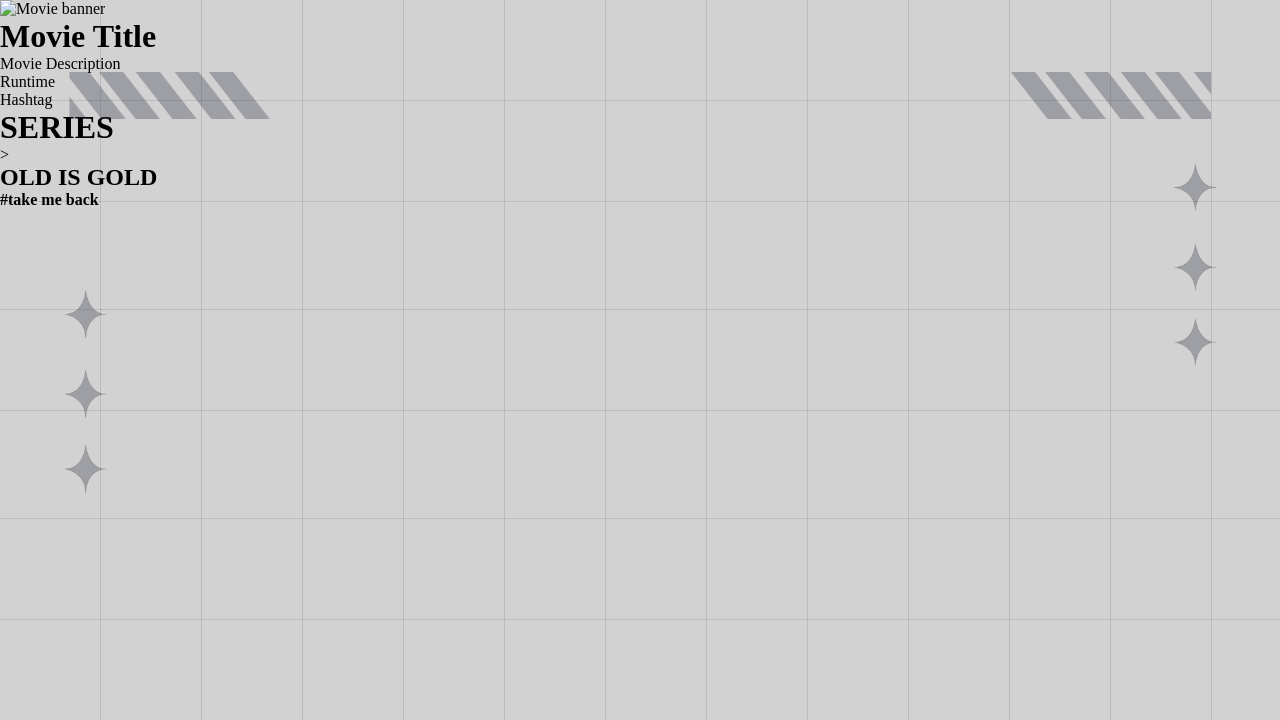
Repository: PEEZYBEE/phase-1-javascript-project-mode
Page: index.html
The author's editor kept a copy of each file at every save. The page is drawn from the files as they stood at one save, then again after the next save.
The browser window is 1280 px wide. The pictures show the whole page.
Some web fonts or font styles are not loaded; a fallback is used.

Above is the page before, as saved 2025-03-25 19:31:51.

### index.html
<!DOCTYPE html>
 <html lang="en">
 <head>
     <meta charset="UTF-8">
     <meta name="viewport" content="width=device-width, initial-scale=1.0">
     <title>Document</title>
     <style>

         *{
             margin: 0;
             padding: 0;
             box-sizing: border-box;
         }
         body{
             background-color: #D2D2D2;
             background-image:
             repeating-linear-gradient(
                 to right, transparent 0 100px,
                 #25283b22 100px 101px
             ),
             repeating-linear-gradient(
                 to bottom, transparent 0 100px,
                 #25283b22 100px 101px
             );
         }

         body::before{
             position: absolute;
             width: min(1400px, 90vw);
             top: 10%;
             left: 50%;
             height: 90%;
             transform: translateX(-50%);
             content: '';
             background-image: url(images/bg.png);
             background-size: 100%;
             background-repeat: no-repeat;
             background-position: top center;
             pointer-events: none;
         }
     </style>
     <link rel="stylesheet" href="style.css">
 </head>
 <body>

     <div class="container">
        <div id="movie details">
            <img id="banner" src="" alt="Movie banner">
            <h1 id="title">Movie Title</h1>
            <p id="description">Movie Description</p>
            <p id="runtime">Runtime</p>
            <p id="hashtad">Hashtag</p>

        </div>

        <ul></ul>
         <!--<div class="slider" style="--quantity: 10">
             <div class="item" style="--position: 1"><img src="images/dragon.png" alt=""></div>
             <div class="item" style="--position: 3"><img src="images/kingdom.png" alt=""></div>
             <div class="item" style="--position: 4"><img src="images/sails.png" alt=""></div>
             <div class="item" style="--position: 5"><img src="images/thrones.png" alt=""></div>
             <div class="item" style="--position: 6"><img src="images/thrones2.png" alt=""></div>
             <div class="item" style="--position: 7"><img src="images/wall.png" alt=""></div>
             <div class="item" style="--position: 8"><img src="images/bone.png" alt=""></div>
             <div class="item" style="--position: 9"><img src="images/del.png" alt=""></div>
             <div class="item" style="--position: 10"><img src="images/witcher.png" alt=""></div>
             <div class="item" style="--position: 2"><img src="images/fall.png" alt=""></div>
       </div>-->
         <div class="content">
             <h1 data-content="SERIES">SERIES</h1>>

             <div class="author">
                 <h2>OLD IS GOLD</h2>
                 <p><b> #take me back</b></p>

             </div>
             <div class="model"></div>
         </div>
     </div>

 </body>
 </html>

### style.css
@import url('https://fonts.cdnfonts.com/css/ica-rubrik-black');
 @import url('https://fonts.cdnfonts.com/css/poppins');

 .banner{
     width: 100%;
     height: 100vh;
     text-align: center;
     overflow: hidden;
     position: relative;
 }
 .banner .slider{
     position: absolute;
     width: 200px;
     height: 250px;
     top: 10%;
     left: calc(50% - 100px);
     transform-style: preserve-3d;
     transform: perspective(1000px);
     animation: autoRun 20s linear infinite;
     z-index: 2;
 }
 @keyframes autoRun{
     from{
         transform: perspective(1000px) rotateX(-16deg) rotateY(0deg);
     }to{
         transform: perspective(1000px) rotateX(-16deg) rotateY(360deg);
     }
 }

 .banner .slider .item{
     position: absolute;
     inset: 0 0 0 0;
     transform:
         rotateY(calc( (var(--position) - 1) * (360 / var(--quantity)) * 1deg))
         translateZ(550px);
 }
 .banner .slider .item img{
     width: 100%;
     height: 100%;
     object-fit: cover;
 }
 .banner .content{
     position: absolute;
     bottom: 0;
     left: 50%;
     transform: translateX(-50%);
     width: min(1400px, 100vw);
     height: max-content;
     padding-bottom: 100px;
     display: flex;
     flex-wrap: wrap;
     justify-content: space-between;
     align-items: center;
     z-index: 1;
 }
 .banner .content h1{
     font-family: 'ICA Rubrik';
     font-size: 16em;
     line-height: 1em;
     color: #25283B;
     position: relative;
 }
 .banner .content h1::after{
     position: absolute;
     inset: 0 0 0 0;
     content: attr(data-content);
     z-index: 2;
     -webkit-text-stroke: 2px #d2d2d2;
     color: transparent;
 }
 .banner .content .author{
     font-family: Poppins;
     text-align: right;
     max-width: 200px;
 }
 .banner .content h2{
     font-size: 3em;
 }
 .banner .content .model{
     background-image: url(images/model.png);
     width: 100%;
     height: 75vh;
     position: absolute;
     bottom: 0;
     left: 0;
     background-size: auto 130%;
     background-repeat: no-repeat;
     background-position: top center;
     z-index: 1;
 }

After the next save:
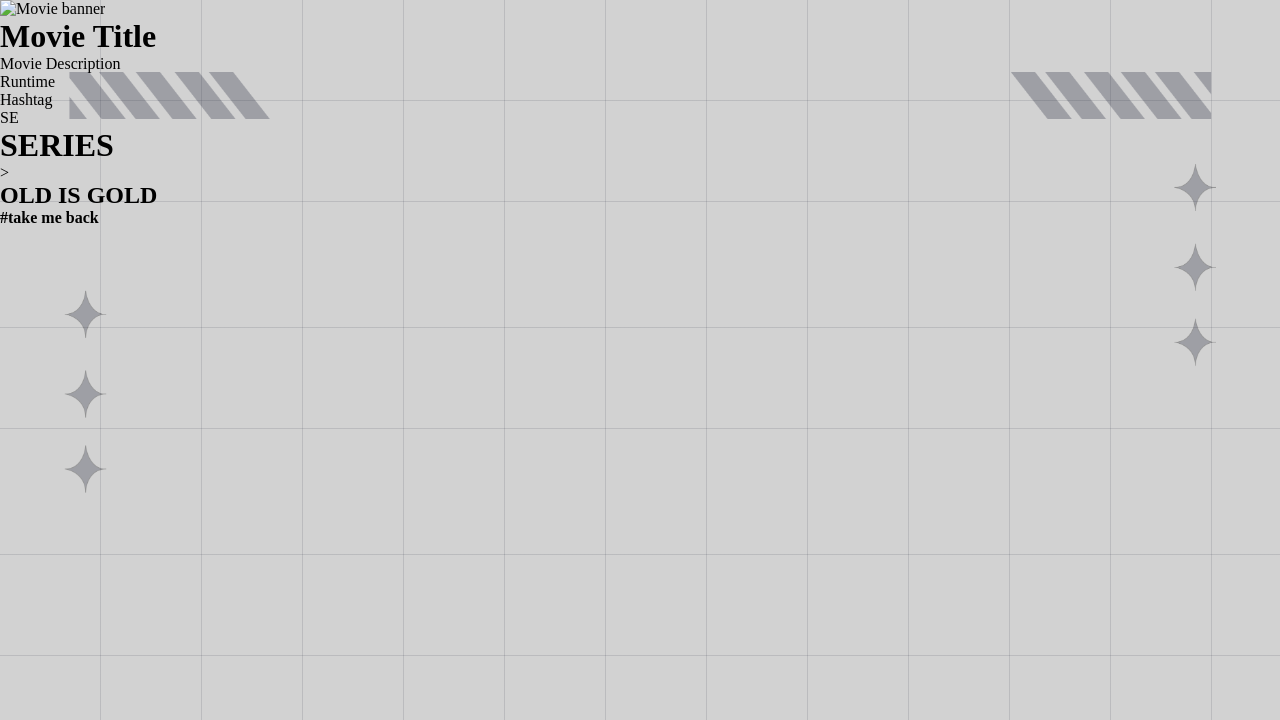
Saved 5 s later.
--- a/index.html
+++ b/index.html
@@ -53,7 +53,7 @@
 
         </div>
 
-        <ul></ul>
+        <ul>SE</ul>
          <!--<div class="slider" style="--quantity: 10">
              <div class="item" style="--position: 1"><img src="images/dragon.png" alt=""></div>
              <div class="item" style="--position: 3"><img src="images/kingdom.png" alt=""></div>
